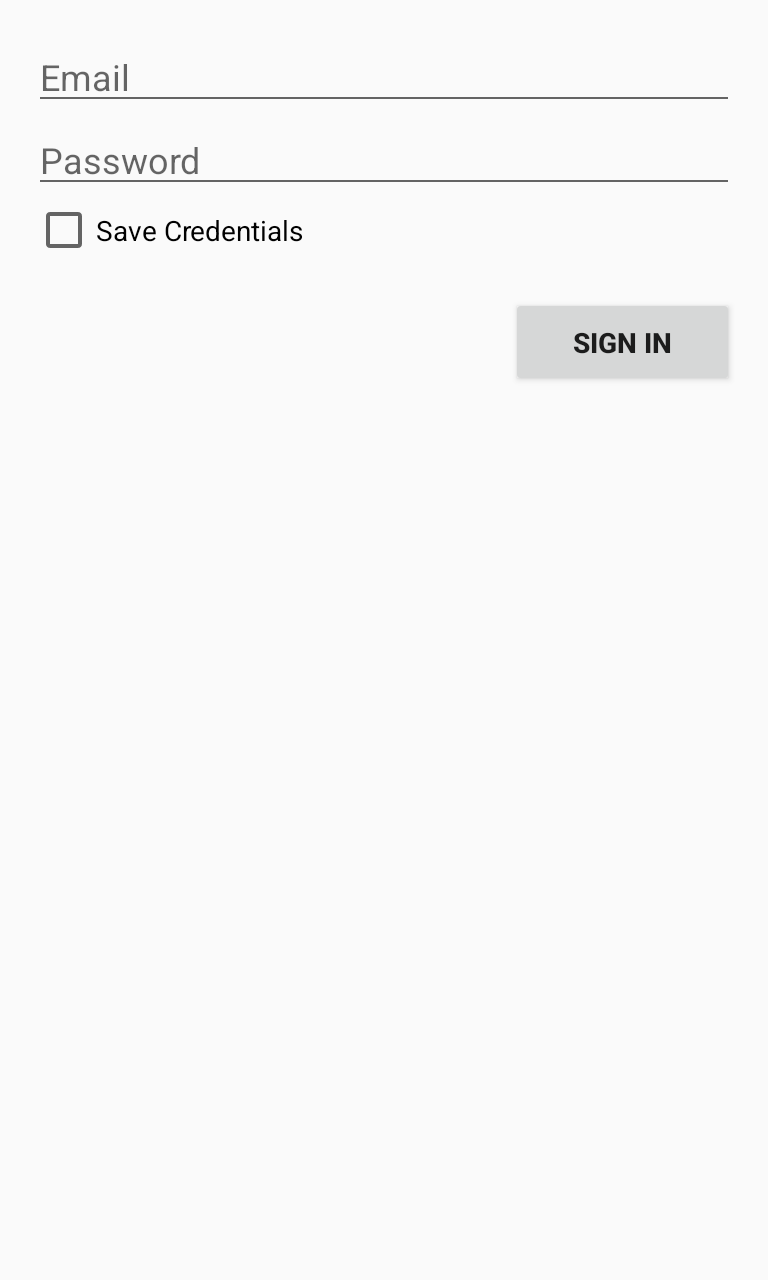
Repository: madhavitikhe/photosynq-app
Layout: PhotoSynq/res/layout/activity_login.xml
These files come from the project's save history. The layout is drawn as it stood at one moment and after the next save; the edit follows.
It is drawn on a 768 x 1280 px phone screen (xhdpi) without system bars, with theme AppTheme; the app's code is not run.

Above is the layout before, as saved 2014-04-11 10:33:30.

### PhotoSynq/res/layout/activity_login.xml
<merge xmlns:android="http://schemas.android.com/apk/res/android"
    xmlns:tools="http://schemas.android.com/tools"
    android:layout_width="wrap_content"
    android:layout_height="wrap_content"
    tools:context="com.photosynq.app.LoginActivity" >

    <!-- Login progress -->

    <LinearLayout
        android:id="@+id/login_status"
        android:layout_width="wrap_content"
        android:layout_height="wrap_content"
        android:layout_gravity="center"
        android:gravity="center_horizontal"
        android:orientation="vertical"
        android:visibility="gone" >

        <ProgressBar
            style="?android:attr/progressBarStyleLarge"
            android:layout_width="wrap_content"
            android:layout_height="wrap_content"
            android:layout_marginBottom="8dp" />

        <TextView
            android:id="@+id/login_status_message"
            android:layout_width="wrap_content"
            android:layout_height="wrap_content"
            android:layout_marginBottom="16dp"
            android:fontFamily="sans-serif-light"
            android:text="@string/login_progress_signing_in"
            android:textAppearance="?android:attr/textAppearanceMedium" />
    </LinearLayout>

    <!-- Login form -->

    <ScrollView
        android:id="@+id/login_form"
        android:layout_width="match_parent"
        android:layout_height="match_parent" >

        <LinearLayout
            style="@style/LoginFormContainer"
            android:layout_width="match_parent"
            android:layout_height="wrap_content"
            android:orientation="vertical" >

            <EditText
                android:id="@+id/email"
                android:layout_width="match_parent"
                android:layout_height="wrap_content"
                android:hint="@string/prompt_email"
                android:inputType="textEmailAddress"
                android:maxLines="1"
                android:singleLine="true" />

            <EditText
                android:id="@+id/password"
                android:layout_width="match_parent"
                android:layout_height="wrap_content"
                android:hint="@string/prompt_password"
                android:imeActionId="@+id/login"
                android:imeActionLabel="@string/action_sign_in_short"
                android:imeOptions="actionUnspecified"
                android:inputType="textPassword"
                android:maxLines="1"
                android:singleLine="true" />
            <CheckBox
                android:id="@+id/save_credentials"
                android:layout_width="wrap_content"
                android:layout_height="wrap_content"
                android:text="Save Credentials"/>

            <Button
                android:id="@+id/sign_in_button"
                android:layout_width="wrap_content"
                android:layout_height="wrap_content"
                android:layout_gravity="right"
                android:layout_marginTop="16dp"
                android:paddingLeft="32dp"
                android:paddingRight="32dp"
                android:text="@string/action_sign_in_register" />


        </LinearLayout>
    </ScrollView>

</merge>

### PhotoSynq/res/values/styles.xml
<?xml version="1.0" encoding="utf-8"?>
<resources>

    <!--
        Base application theme, dependent on API level. This theme is replaced
        by AppBaseTheme from res/values-vXX/styles.xml on newer devices.
    -->
    <style name="AppBaseTheme" parent="Theme.AppCompat.Light">
        <!--
            Theme customizations available in newer API levels can go in
            res/values-vXX/styles.xml, while customizations related to
            backward-compatibility can go here.
        -->
    </style>

    <!-- Application theme. -->
    <style name="AppTheme" parent="AppBaseTheme">
        <!-- All customizations that are NOT specific to a particular API-level can go here. -->
    </style>

    <style name="LoginFormContainer">
        <item name="android:layout_width">match_parent</item>
        <item name="android:layout_height">wrap_content</item>
        <item name="android:padding">16dp</item>
    </style>

    <style name="DarkActionBar" parent="@style/Theme.AppCompat.Light.DarkActionBar">
    </style>

    <style name="Liveo.TitleTextStyle" parent="@style/TextAppearance.AppCompat.Widget.ActionBar.Title">
        <item name="android:textColor">@color/white</item>
        <item name="android:textStyle">normal</item>
    </style>

    <style name="Liveo.SubTitleTextStyle" parent="@style/TextAppearance.AppCompat.Widget.ActionBar.Subtitle">
        <item name="android:textColor">@color/white</item>
        <item name="android:textStyle">normal</item>
    </style>

</resources>

### PhotoSynq/res/values/strings_activity_login.xml
<resources>



    <!-- Strings related to login -->
    <string name="prompt_email">Email</string>
    <string name="prompt_password">Password</string>
    <string name="action_sign_in_register"><b>Sign in</b></string>
    <string name="action_sign_in_short">Sign in</string>
    <string name="action_forgot_password">Recover lost password</string>
    <string name="login_progress_signing_in">Signing in&#8230;</string>
    <string name="searching_devices">Searching devices&#8230;</string>
    <string name="error_invalid_email">This email address is invalid</string>
    <string name="error_invalid_password">This password is too short</string>
    <string name="error_incorrect_password">No connection or wrong credentials</string>
    <string name="error_field_required">This field is required</string>

</resources>

Loaded but not shown: PhotoSynq/res/values-v11/styles.xml (common file); PhotoSynq/res/values-v14/styles.xml (common file)

After the next save:
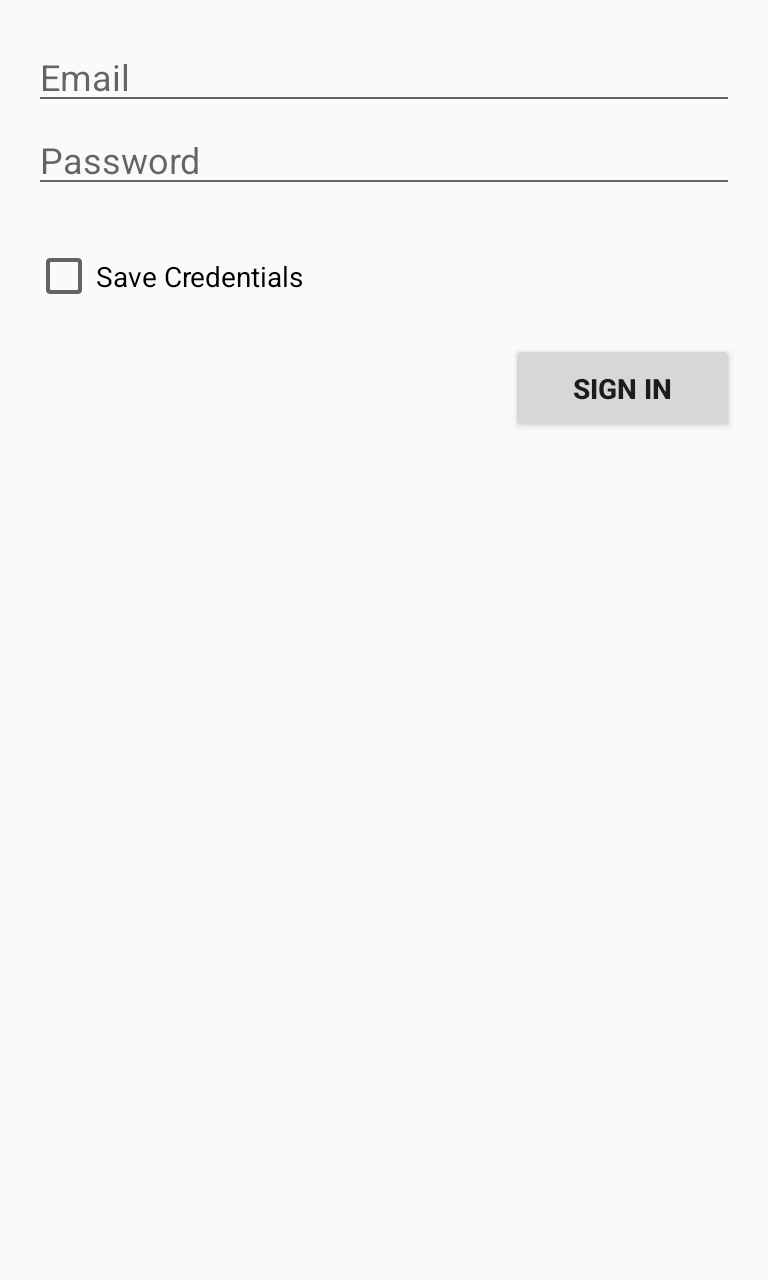
Saved 67 s later.
--- a/PhotoSynq/res/layout/activity_login.xml
+++ b/PhotoSynq/res/layout/activity_login.xml
@@ -68,6 +68,7 @@
                 android:id="@+id/save_credentials"
                 android:layout_width="wrap_content"
                 android:layout_height="wrap_content"
+                android:layout_marginTop="23dp"
                 android:text="Save Credentials"/>
 
             <Button
